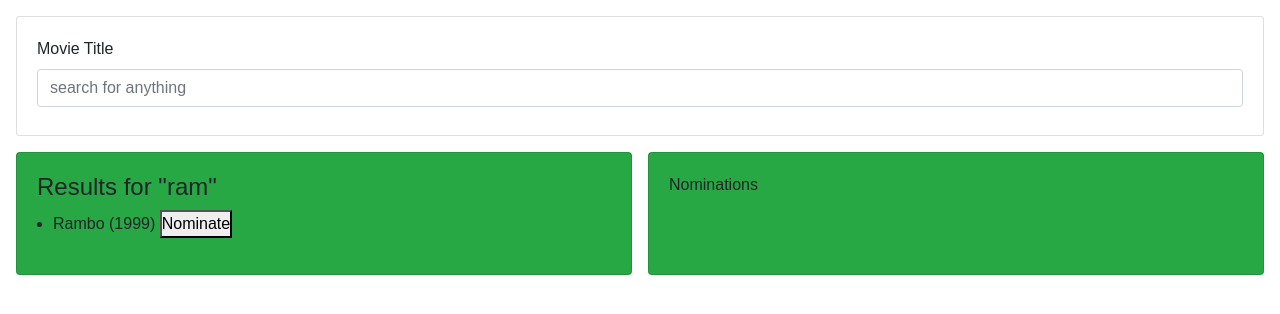
Repository: akinsikuoluwafemi/shoppies-movie-collection
Page: /
An editor plug-in stored every save of this project. The page is shown before and after the next save, followed by the edit.
The browser window is 1280 px wide. The pictures show the whole page.
The project was rebuilt for these pictures with package versions that can differ from the ones it lists, and the page was loaded fresh each time. Also part of the build but not shown: src/App.css.

Above is the page before, as saved 2021-01-10 09:09:45.

### public/index.html
<!DOCTYPE html>
<html lang="en">
  <head>
    <meta charset="utf-8" />
    <link rel="icon" href="%PUBLIC_URL%/huge.png" />
    <meta name="viewport" content="width=device-width, initial-scale=1" />
    <meta name="theme-color" content="#000000" />
    <meta
      name="description"
      content="Web site created using create-react-app"
    />
    <link rel="apple-touch-icon" href="%PUBLIC_URL%/logo192.png" />


    <link rel="stylesheet" href="https://stackpath.bootstrapcdn.com/bootstrap/4.4.1/css/bootstrap.min.css"
      integrity="sha384-Vkoo8x4CGsO3+Hhxv8T/Q5PaXtkKtu6ug5TOeNV6gBiFeWPGFN9MuhOf23Q9Ifjh" crossorigin="anonymous">
    <!--
      manifest.json provides metadata used when your web app is installed on a
      user's mobile device or desktop. See https://developers.google.com/web/fundamentals/web-app-manifest/
    -->
    <link rel="manifest" href="%PUBLIC_URL%/manifest.json" />
    <!--
      Notice the use of %PUBLIC_URL% in the tags above.
      It will be replaced with the URL of the `public` folder during the build.
      Only files inside the `public` folder can be referenced from the HTML.

      Unlike "/favicon.ico" or "favicon.ico", "%PUBLIC_URL%/favicon.ico" will
      work correctly both with client-side routing and a non-root public URL.
      Learn how to configure a non-root public URL by running `npm run build`.
    -->
    <title>Shoppies Movie Collection</title>
  </head>
  <body>
    <noscript>You need to enable JavaScript to run this app.</noscript>
    <div id="root"></div>
    <!--
      This HTML file is a template.
      If you open it directly in the browser, you will see an empty page.

      You can add webfonts, meta tags, or analytics to this file.
      The build step will place the bundled scripts into the <body> tag.

      To begin the development, run `npm start` or `yarn start`.
      To create a production bundle, use `npm run build` or `yarn build`.
    -->
    <script
  src="https://code.jquery.com/jquery-3.3.1.slim.min.js"
  integrity="sha384-q8i/X+965DzO0rT7abK41JStQIAqVgRVzpbzo5smXKp4YfRvH+8abtTE1Pi6jizo"
  crossorigin="anonymous"
></script>
<script
  src="https://cdnjs.cloudflare.com/ajax/libs/popper.js/1.14.7/umd/popper.min.js"
  integrity="sha384-UO2eT0CpHqdSJQ6hJty5KVphtPhzWj9WO1clHTMGa3JDZwrnQq4sF86dIHNDz0W1"
  crossorigin="anonymous"
></script>
<script
  src="https://stackpath.bootstrapcdn.com/bootstrap/4.3.1/js/bootstrap.min.js"
  integrity="sha384-JjSmVgyd0p3pXB1rRibZUAYoIIy6OrQ6VrjIEaFf/nJGzIxFDsf4x0xIM+B07jRM"
  crossorigin="anonymous"
></script>

  </body>
</html>

### src/index.css

* {
    margin: 0;
    padding: 0;
    box-sizing: border-box;
    font-family: 'Poppins', sans-serif;

}

body {
  margin: 0;
  font-family: -apple-system, BlinkMacSystemFont, 'Segoe UI', 'Roboto', 'Oxygen',
    'Ubuntu', 'Cantarell', 'Fira Sans', 'Droid Sans', 'Helvetica Neue',
    sans-serif;
  -webkit-font-smoothing: antialiased;
  -moz-osx-font-smoothing: grayscale;
}

code {
  font-family: source-code-pro, Menlo, Monaco, Consolas, 'Courier New',
    monospace;
}

### src/App.js
import './App.css';
import Home from './Pages/Home';


function App() {
  return (
    <Home/>
  );
}

export default App;

### src/Pages/Home.js
import React from 'react';
import SearchBar from '../components/SearchBar';
import SearchResults from '../components/SearchResults';
import Nominations from '../components/Nominations';
import './Home.css';



export default function Home() {
    return (
      <div className="home-wrapper">
        <div className="home-wrapper_search">
          <SearchBar />
        </div>
        <div className=" search-wrapper">
          <SearchResults />
          <Nominations />
        </div>
      </div>
    );
}

### src/components/SearchBar.js
import React from 'react'

// http://www.omdbapi.com/?i=tt3896198&apikey=2a3aa076

export default function SearchBar() {
    return (
      <div class="card w-100">
            <div class="card-body">
                <div class="mb-2">
                    <label for="movie" class="form-label">Movie Title</label>
                    <input type="search" class="form-control" placeholder="search for anything"/>
                </div>
            </div>
      </div>
    );
}

### src/components/SearchResults.js
import React from 'react';
import CardWrapper from './CardWrapper';
import '../Pages/Home.css';


export default function SearchResults() {
    return (
        <CardWrapper>
            <h4>Results for "ram"</h4>
            <ul className="list">
                <li className="list-item" >Rambo (1999) <button>Nominate</button></li>
            </ul>
      </CardWrapper>
    );
}

### src/components/Nominations.js
import React from 'react';
import CardWrapper from './CardWrapper';


export default function Nominations() {
    return <CardWrapper>Nominations</CardWrapper>;
}

### src/Pages/Home.css
.home-wrapper {
    padding: 1rem;
}

.search-wrapper {
    /* background: pink; */
    width: 100%;
    /* padding-top: 2rem; */
    display: grid;
    grid-template-rows: repeat(2,1fr);
    grid-template-columns: repeat(auto-fit, minmax(200px, 1fr));
    grid-gap: 1rem;
}
.home-wrapper_search {
    /* margin: .5rem; */
    padding-bottom: 1rem;

}

.list > li {
    margin-left: 1rem!important;
}

### src/components/CardWrapper.js
import React from 'react'

export default function CardWrapper({children}) {
    return (
      <div className="card w-100 bg-success">
            <div className="card-body">{ children}</div>
      </div>
    );
}

Loaded but not shown: src/index.js (common file); src/reportWebVitals.js (common file)

After the next save:
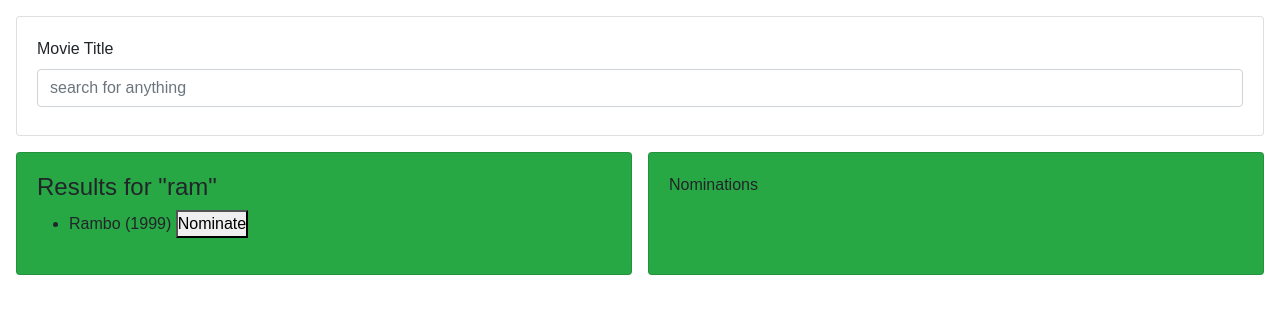
Saved 58 s later.
--- a/src/Pages/Home.css
+++ b/src/Pages/Home.css
@@ -18,5 +18,5 @@
 }
 
 .list > li {
-    margin-left: 1rem!important;
+    margin-left: 2rem!important;
 }
